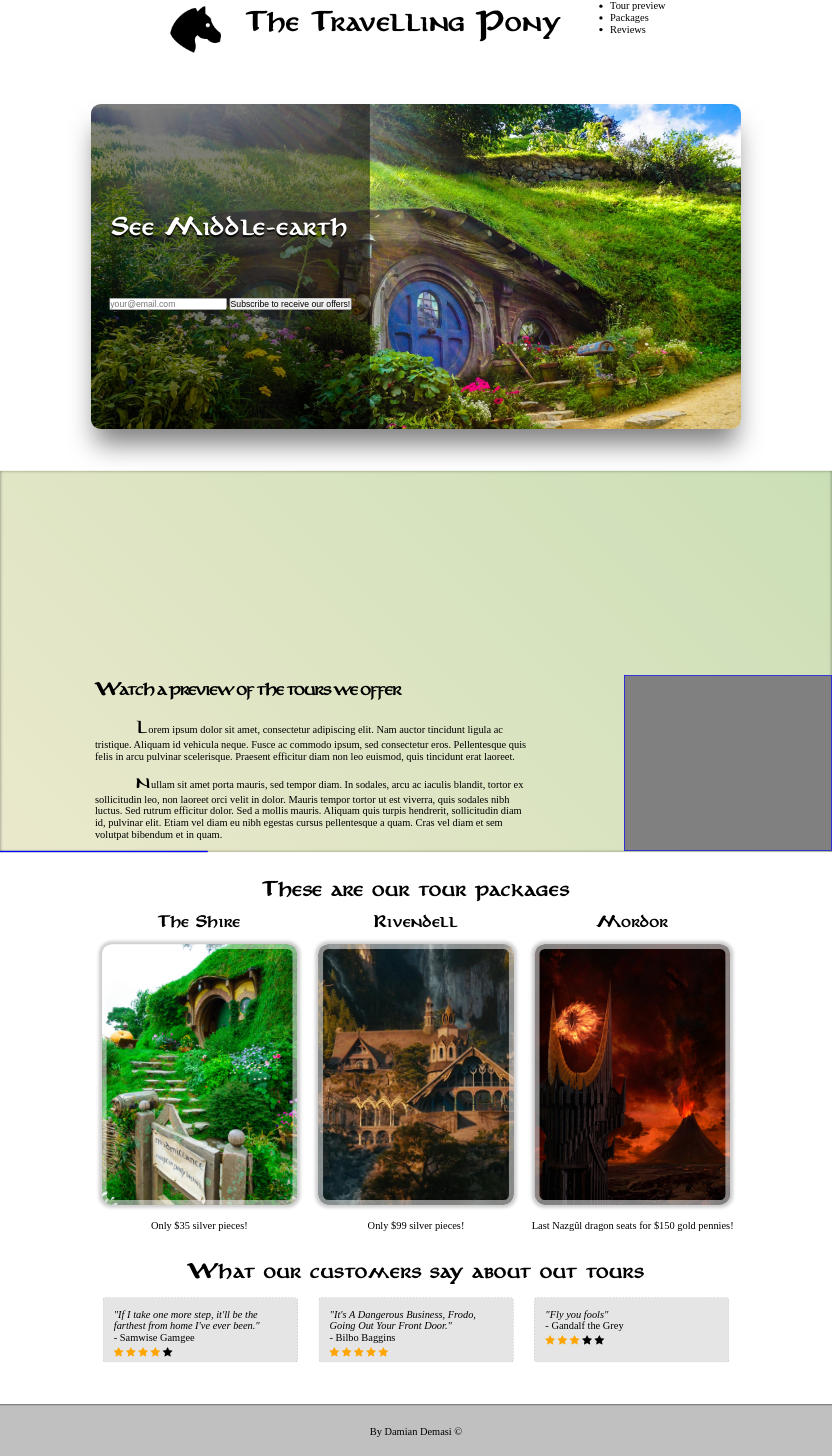
Repository: Colo-Codes/freecodecamp-03-Product-Landing-Page
Page: index.html
These files come from the project's save history. The page is drawn as it stood at one moment and after the next save; the edit follows.
The browser window is 1280 px wide. The pictures show the whole page, at 65% of full size.
Pictures or frames that could not be fetched are drawn as grey boxes.

Above is the page before, as saved 2021-05-20 10:44:59.

After the next save:
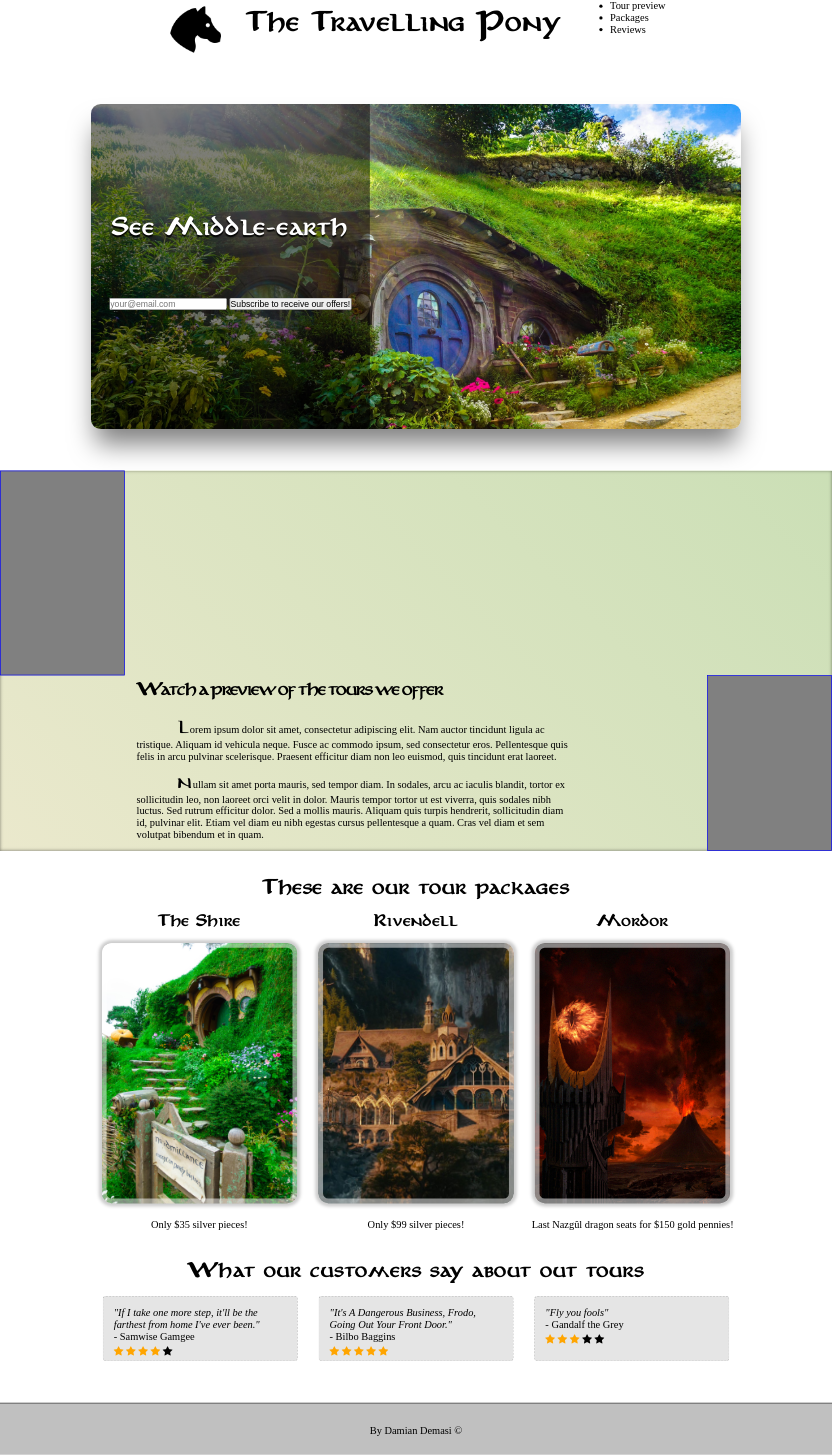
Saved 22 s later.
--- a/resources/css/index.css
+++ b/resources/css/index.css
@@ -113,12 +113,9 @@
     box-shadow: inset 0 0 5px 0 rgba(0, 0, 0, .5);
 }
 .tour-preview-padding {
-    width: 25%;
+    width: 15%;
     background-color: gray;
     border: 1px solid blue;
-}
-.tour-preview-padding:first-child {
-    order: 1;
 }
 #video {
     /* width: 50%; */
